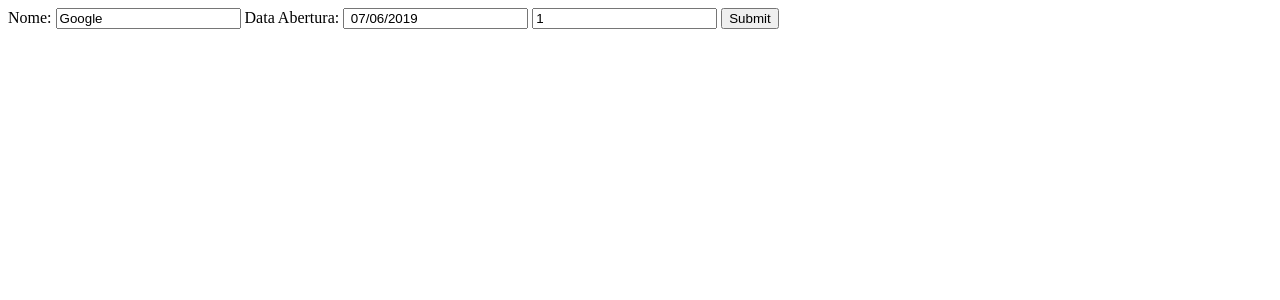
Repository: robsondmf1234/JAVA-EE
Page: http://localhost/gerenciador/mostraEmpresa?id=1
The author's editor kept a copy of each file at every save. The page is drawn from the files as they stood at one save, then again after the next save.
The browser window is 1280 px wide. The pictures show the whole page.
The page is served by Tomcat 9.

Above is the page before, as saved 2019-06-30 19:20:44.

After the next save:
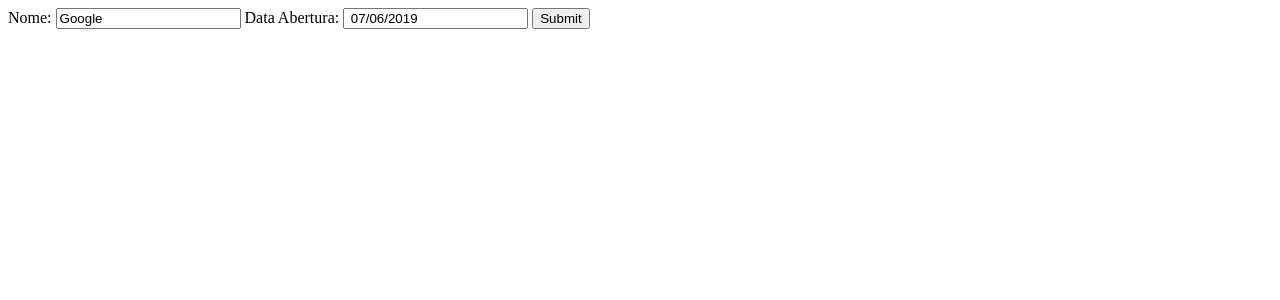
Saved 3 min 11 s later.
--- a/gerenciador/WebContent/formAlteraEmpresa.jsp
+++ b/gerenciador/WebContent/formAlteraEmpresa.jsp
@@ -14,7 +14,7 @@
 	<form action="${linkServletNovaEmpresa}" method="post">
 		Nome: <input name="nome" type="text" value="${empresa.nome}">
 		Data Abertura: <input name="data" type="text" value=" <fmt:formatDate value="${empresa.dataAbertura}" pattern="dd/MM/yyyy" /> ">
-		<input type="text" name="id" value="${empresa.id}">
+		<input type="hidden" name="id" value="${empresa.id}">
 		<input type="submit">
 	</form>
 
